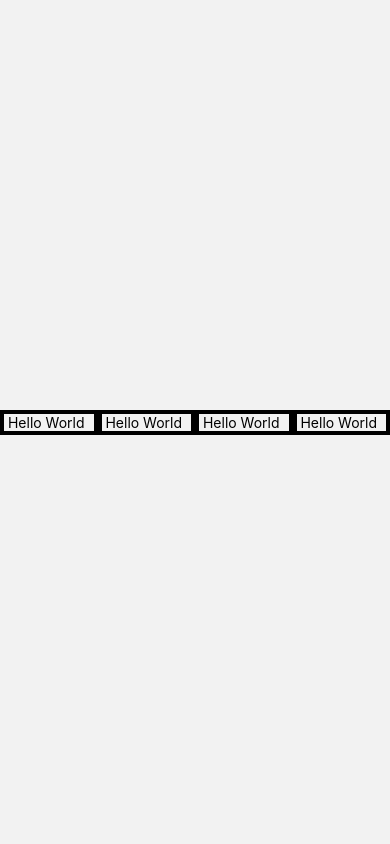
Repository: awarbler/reactNotesApp
Screen: / (app in reactNoteApp/)
An editor plug-in stored every save of this project. The screen is shown before and after the next save, followed by the edit.
The app was drawn by React Native's web renderer in a window 390 px wide. The project was rebuilt for these pictures with package versions that can differ from the ones it lists, and the page was loaded fresh each time.

Above is the screen before, as saved 2022-05-19 17:21:36.

### reactNoteApp/App.js
import AppState from './src/AppState/AppState';

export default function App() {
    return <AppState/>;

}

### reactNoteApp/src/AppState/AppState.js
import React, {useState, useEffect} from 'react';
import {Text} from 'react-native';
import AppNavigation from '../AppNavigation/AppNavigation';

export default function AppState(){
    const[allNotes, setAllNotes] = useState([{noteId: 1, noteTitle: 'First Idea', noteText: 'This is first note'}, {noteId: 2, noteTitle: 'Second Idea', noteText:'Second note'}]);
    const[note, setNotes] = useState({});

    const AppState = {
        allNotes,
        setAllNotes,
        note,
        setNotes
    };
    return <AppNavigation AppState={AppState}/>
}

### reactNoteApp/src/AppNavigation/AppNavigation.js
import * as React from 'react';
import { NavigationContainer } from '@react-navigation/native';
import { createNativeStackNavigator } from '@react-navigation/native-stack';

import Home from '/Users/awarbler/Desktop/SCHOOL/CSE 310 /reactNotesApp/reactNoteApp/src/screens/Home/Home.js';

const Stack = createNativeStackNavigator();

export default function AppNavigation(AppState){
    return (
      <NavigationContainer>
      <Stack.Navigator>

      <Stack.Screen name="All Notes" options={{headerShown: false}}>
        {props => <Home {...props} AppState={AppState} />}
      </Stack.Screen>

      </Stack.Navigator>
    </NavigationContainer>

      );
}

### reactNoteApp/src/screens/Home/Home.js
import React, {useState, useEffect} from 'react';
import { StyleSheet, Text, View } from 'react-native';

export default function Home(){
    return (
    <View style={styles.screen}>
        <Text style={styles.oneFourth}> Hello World </Text>
        <Text style={styles.oneFourth}> Hello World </Text>
        <Text style={styles.oneFourth}> Hello World </Text>
        <Text style={styles.oneFourth}> Hello World </Text>
    </View>


    );
}
const styles = StyleSheet.create({
    screen:{
        flex: 1, // 100 percent of the space
        justifyContent: 'center',
        alignItems: 'center',
        flexDirection: 'row'

    },
    oneFourth:{
        flex:1,
        borderWidth: 4
    }
})

After the next save:
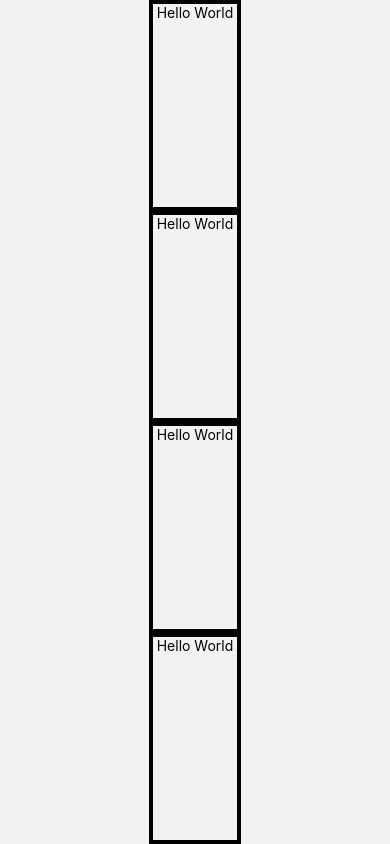
Saved 22 s later.
--- a/reactNoteApp/src/screens/Home/Home.js
+++ b/reactNoteApp/src/screens/Home/Home.js
@@ -18,7 +18,7 @@ const styles = StyleSheet.create({
         flex: 1, // 100 percent of the space
         justifyContent: 'center',
         alignItems: 'center',
-        flexDirection: 'row'
+        //flexDirection: 'row'
 
     },
     oneFourth:{
